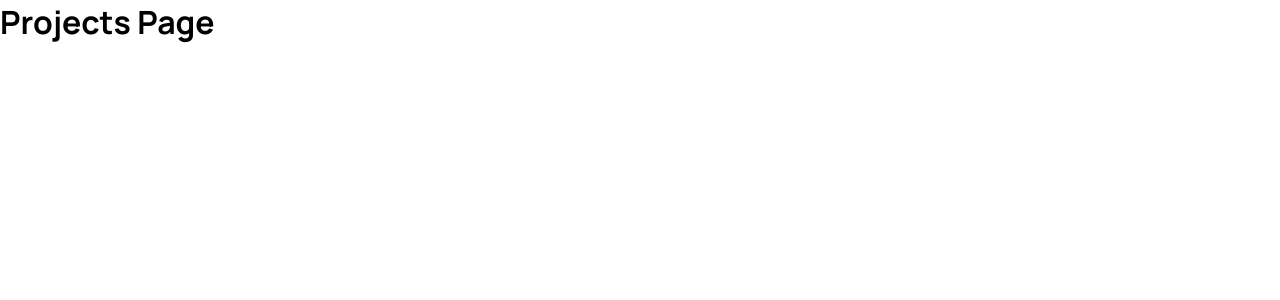
Repository: elaiken/portfolio
Page: /projects
These files come from the project's save history. The page is drawn as it stood at one moment and after the next save; the edit follows.
The browser window is 1280 px wide. The pictures show the whole page.
The project was rebuilt for these pictures with package versions that can differ from the ones it lists, and the page was loaded fresh each time. Also part of the build but not shown: src/components/Error.js, src/components/Home.js, src/components/Contacts.js.

Above is the page before, as saved 2021-11-24 19:07:49.

### public/index.html
<!DOCTYPE html>
<html lang="en">
  <head>
    <meta charset="utf-8" />
    <link rel="icon" href="%PUBLIC_URL%/favicon.ico" />
    <meta name="viewport" content="width=device-width, initial-scale=1" />
    <meta name="theme-color" content="#000000" />
    <meta
      name="description"
      content="Elliott A Aiken II | Looking for Front-end Role"
    />
    <link rel="apple-touch-icon" href="%PUBLIC_URL%/logo192.png" />
    <!--
      manifest.json provides metadata used when your web app is installed on a
      user's mobile device or desktop. See https://developers.google.com/web/fundamentals/web-app-manifest/
    -->
    <link rel="manifest" href="%PUBLIC_URL%/manifest.json" />
    <link rel="preconnect" href="https://fonts.googleapis.com">
<link rel="preconnect" href="https://fonts.gstatic.com" crossorigin>
<link href="https://fonts.googleapis.com/css2?family=Manrope:wght@200;400;700&family=Poppins:ital,wght@0,500;1,300;1,400&family=Source+Sans+Pro:ital,wght@0,400;0,600;1,300;1,400&display=swap" rel="stylesheet">


    <title>Elliott A Aiken II | Looking for Front-end Role </title>
  </head>
  <body>
    <noscript>You need to enable JavaScript to run this app.</noscript>
    <div id="root"></div>

  </body>
</html>

### src/index.css
:root {
  --background-image:linear-gradient (120deg,hsl(169, 100%, 35%),rgba(1, 84, 69, 0.67));
  --background-overlay:rgba(0,0,0,0.4)
}


*{
  margin: 0;
  padding: 0;
  box-sizing: border-box;
}

ul {
  list-style-type: none;
}

a {
  font-family: inherit;
  text-decoration: none;
  color:#fff;


}

img {
  max-width: 100%;
}
body{
  font-family: "Manrope", sans-serif;
  overflow: hidden;
}

/* Menu button */

.menu-btn {
  position: absolute;
  right: 80px;
  margin-top: 50px;
  z-index: 9999999;
}

 .menu-btn button {
  background-color: transparent;
  font-size: 36px;
  color: #fff;
  border:none;
  cursor:pointer;

}

/* Header */

.header {
  position: absolute;
  right: 0;
  height: 0;
  overflow: hidden;
  width: 200px;
  transition: all .5s ease-in-out;

}

.header .open {
  height: 100vh;
  background-color: var(--background-overlay);
}

.header nav ul {
  display: flex;
  flex-direction: column;
  align-items: center;
  justify-content: center;
  min-height: 100vh;
}




/* HomePAGE */
.home {
  background: url(./pexels-andre-moura-4021521.jpg);
  background-repeat:no-repeat ;
  background-size: cover;
  background-position:center;
  height: 100vh;
}

.home .overlay {
background-color:var(--background-image);
display: flex;
flex-direction: column ;
align-items: center;
justify-content: center;
min-height: 100vh;
color: white ;
}

.home .overlay h1 {
  text-transform: uppercase ;
  font-size: 96px;
}
.home .overlay p {
  font-size: 36px;
}

.home .overlay ul {
  display: flex;
  align-items: center;
  justify-content: center;
  margin-top: 30px ;
}

.home .overlay ul li {
  margin: 0 20px;
}

.home .overlay ul li a {
  font-size: 46px;
}

### src/App.js
import { BrowserRouter, Route, Switch, Routes } from "react-router-dom"
import Error from "./components/Error";
import Home from "./components/Home";
import Menu from "./components/Menu";
import Projects from "./components/Projects";
import Contacts from "./components/Contacts";



const App = () => {
  return (
    <BrowserRouter >
      <Menu />
      <Routes>
        <Route exact path='/' element={<Home />}>
        </Route>
        <Route path="/projects" element={<Projects />}>
        </Route>
        <Route path="contact-me" element={<Contacts />}>
        </Route>
        <Route path="/*" element={<Error />}>
        </Route>
      </Routes>
    </BrowserRouter>
  );
}
export default App;

### src/components/Menu.js
import { useState } from "react"

import { Link } from "react-router-dom"

import { BiMenuAltRight } from "react-icons/bi"




const Menu = () => {
    const [isOpen, setIsOpen] = useState(false)


    return (
        <>



            <header className={`${isOpen ? "header open" : "header"}`}>
                <div className="menu-btn">
                    <button onClick={() => setIsOpen(!isOpen)}>
                        <BiMenuAltRight />
                    </button>
                </div>
                <nav>
                    <ul>
                        <li>
                            <Link to="/">HomePage</Link>
                        </li>
                        <li>
                            <Link to="/projects">Projects</Link>
                        </li>
                        <li>
                            <Link to="/contact-me">Contacts</Link>
                        </li>
                    </ul>
                </nav>

            </header>

        </>
    )
}

export default Menu

### src/components/Projects.js
const Projects = () => {
    return (
        <div>
            <h1>Projects Page</h1>
        </div>
    )
}

export default Projects

Loaded but not shown: src/index.js (common file); src/reportWebVitals.js (common file)

After the next save:
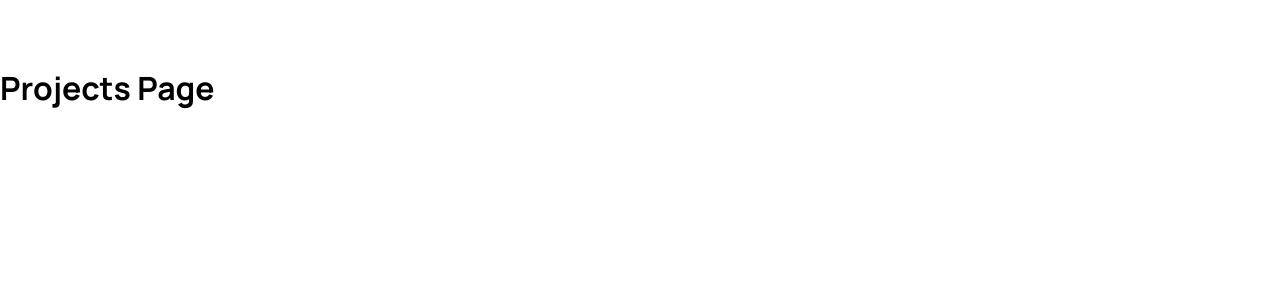
Saved 6 min 42 s later.
--- a/src/components/Menu.js
+++ b/src/components/Menu.js
@@ -16,7 +16,7 @@
 
 
 
-            <header className={`${isOpen ? "header open" : "header"}`}>
+            <header className="">
                 <div className="menu-btn">
                     <button onClick={() => setIsOpen(!isOpen)}>
                         <BiMenuAltRight />

After the 4 saves that followed:
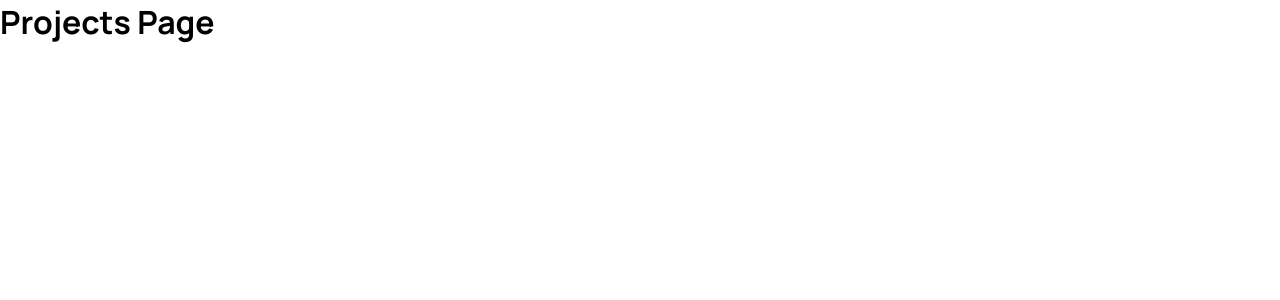
The 4 saves are shown as one change because 1 did not build or start and 2 left the picture as it was.
The last was saved 4 min 50 s later.
--- a/src/index.css
+++ b/src/index.css
@@ -63,6 +63,7 @@
 .header .open {
   height: 100vh;
   background-color: var(--background-overlay);
+
 }
 
 .header nav ul {
--- a/src/components/Menu.js
+++ b/src/components/Menu.js
@@ -16,12 +16,12 @@
 
 
 
-            <header className="">
-                <div className="menu-btn">
-                    <button onClick={() => setIsOpen(!isOpen)}>
-                        <BiMenuAltRight />
-                    </button>
-                </div>
+            <div className="menu-btn">
+                <button onClick={() => setIsOpen(!isOpen)}>
+                    <BiMenuAltRight />
+                </button>
+            </div>
+            <header className={`${isOpen ? "header open" : "header"}`}>
                 <nav>
                     <ul>
                         <li>
